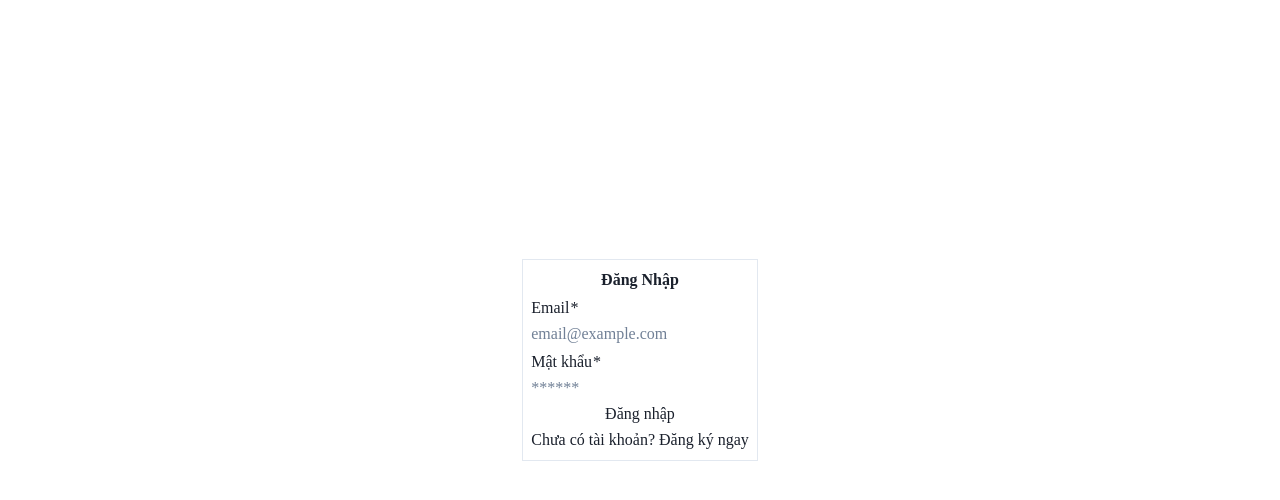
Repository: Dev2k4/VNTech_PC_Shop_FrontendWeb
Page: /login
An editor plug-in stored every save of this project. The page is shown before and after a run of saves, followed by the edit.
The browser window is 1280 px wide. The pictures show the whole page.
The project was rebuilt for these pictures with package versions that can differ from the ones it lists, and the page was loaded fresh each time. Also part of the build but not shown: vite.config.js, src/features/auth/components/RegisterForm.jsx, src/features/auth/components/OtpForm.jsx, src/features/auth/pages/RegisterPage.jsx.

Above is the page before, as saved 2025-11-25 20:06:03.

After the next 2 saves:
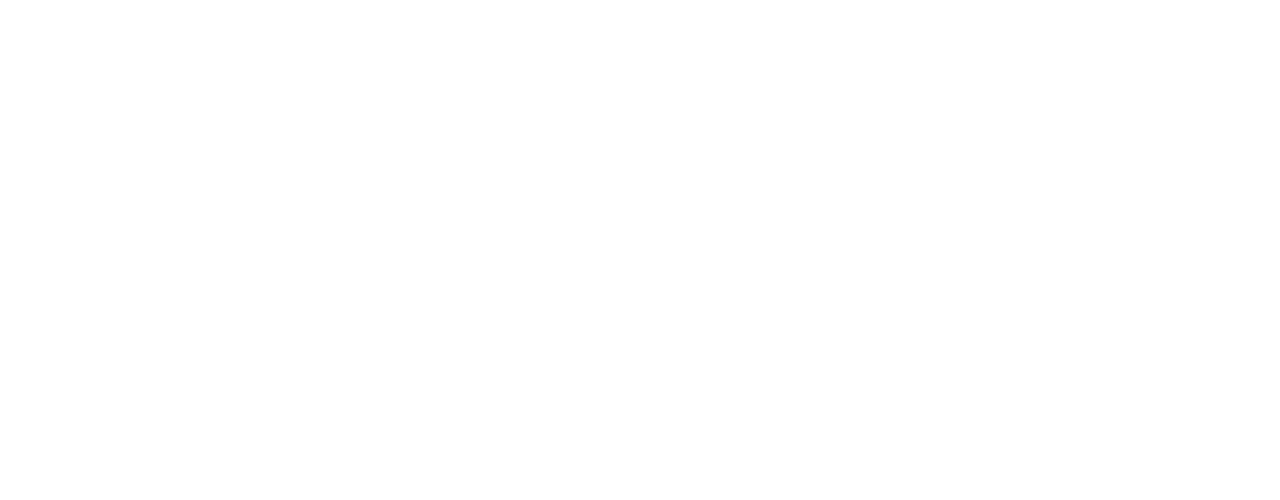
Console error (its wording comes from the project's code and is left out).
The 2 saves are shown as one change because they came seconds apart.
The last was saved 10 s later.
--- a/src/App.jsx
+++ b/src/App.jsx
@@ -10,12 +10,14 @@
 function App() {
   return (
     <ChakraProvider theme={theme}>
-
+      <BrowserRouter>
+        {/* BỌC CART PROVIDER Ở ĐÂY */}
         <CartProvider>
             <AppRoutes />
             <ToastContainer position="top-right" autoClose={3000} theme="dark" />
         </CartProvider>
-
+        {/* KẾT THÚC CART PROVIDER */}
+      </BrowserRouter>
     </ChakraProvider>
   );
 }

After the 2 saves that followed:
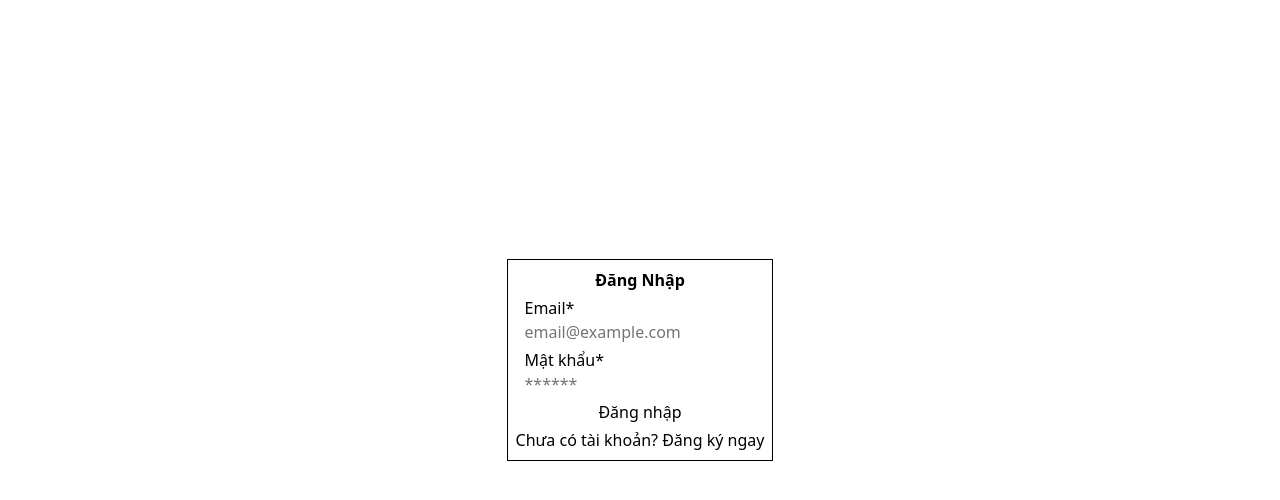
The error is gone.
The 2 saves are shown as one change because 1 left the picture as it was.
The last was saved 69 s later.
--- a/src/main.jsx
+++ b/src/main.jsx
@@ -4,13 +4,16 @@
 import App from './App.jsx'
 import { ChakraProvider } from '@chakra-ui/react'
 import { BrowserRouter } from 'react-router-dom'
-import { CartProvider } from './context/CartContext' // Import Provider
+import { CartProvider } from './context/CartContext'
+import theme from './theme'; // <--- Chuyển import theme ra đây
 
 ReactDOM.createRoot(document.getElementById('root')).render(
   <React.StrictMode>
-    <ChakraProvider>
+    {/* 1. Chakra Provider bọc ngoài cùng để Style hoạt động */}
+    <ChakraProvider theme={theme}>
+      {/* 2. Router bọc tiếp theo để cho phép điều hướng */}
       <BrowserRouter>
-        {/* CartProvider phải nằm trong BrowserRouter (nếu dùng navigate) hoặc ngoài App */}
+        {/* 3. CartProvider nằm trong cùng để dùng được Router và Chakra */}
         <CartProvider>
           <App />
         </CartProvider>
--- a/src/App.jsx
+++ b/src/App.jsx
@@ -1,24 +1,17 @@
+// src/App.jsx
 import React from 'react';
-import { ChakraProvider } from '@chakra-ui/react';
-import { BrowserRouter } from 'react-router-dom';
+// Không cần import BrowserRouter, ChakraProvider, CartProvider, theme nữa
 import { ToastContainer } from 'react-toastify';
 import 'react-toastify/dist/ReactToastify.css';
 import AppRoutes from './routes/AppRoutes';
-import theme from './theme';
-import { CartProvider } from './context/CartContext'; // <--- IMPORT NÀY
 
 function App() {
   return (
-    <ChakraProvider theme={theme}>
-      <BrowserRouter>
-        {/* BỌC CART PROVIDER Ở ĐÂY */}
-        <CartProvider>
-            <AppRoutes />
-            <ToastContainer position="top-right" autoClose={3000} theme="dark" />
-        </CartProvider>
-        {/* KẾT THÚC CART PROVIDER */}
-      </BrowserRouter>
-    </ChakraProvider>
+    <>
+       {/* Chỉ hiển thị Routes và Toast, các Provider đã được main.jsx xử lý */}
+       <AppRoutes />
+       <ToastContainer position="top-right" autoClose={3000} theme="dark" />
+    </>
   );
 }
 
